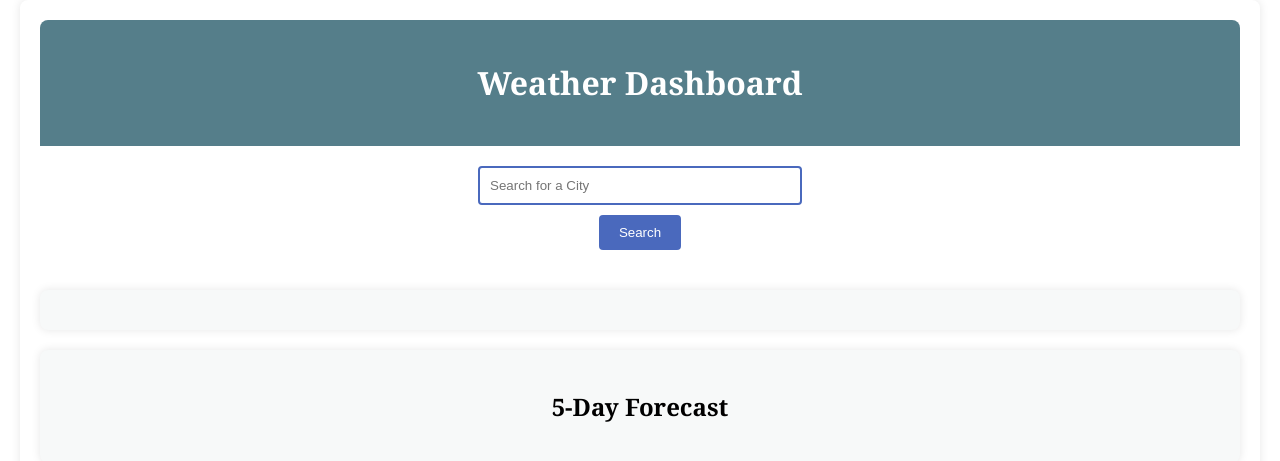
Repository: PaigeC001/WeatherOutlookTracker
Page: WeatherOutlookTracker/index.html
These files come from the project's save history. The page is drawn as it stood at one moment and after the next save; the edit follows.
The browser window is 1280 px wide. The pictures show the whole page.

Above is the page before, as saved 2024-07-16 06:36:41.

After the next save:
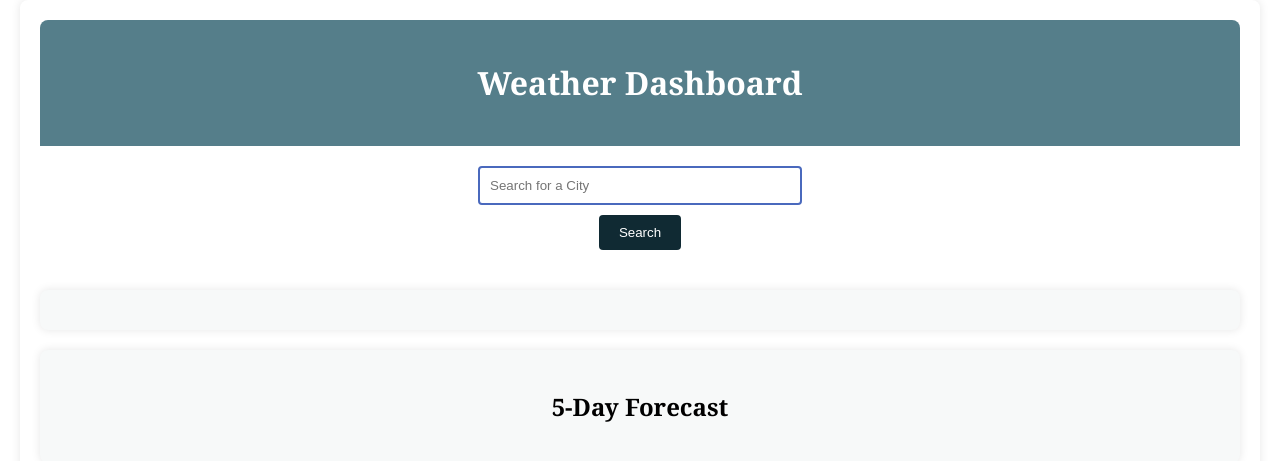
Saved 96 s later.
--- a/WeatherOutlookTracker/styles.css
+++ b/WeatherOutlookTracker/styles.css
@@ -40,7 +40,7 @@ header { /* Updated color scheme */
 
 #search-button {
     padding: 10px 20px;
-    background: #4a69bd;
+    background: #102a33;
     color: white;
     border: none;
     border-radius: 4px; /* Added border-radius */
